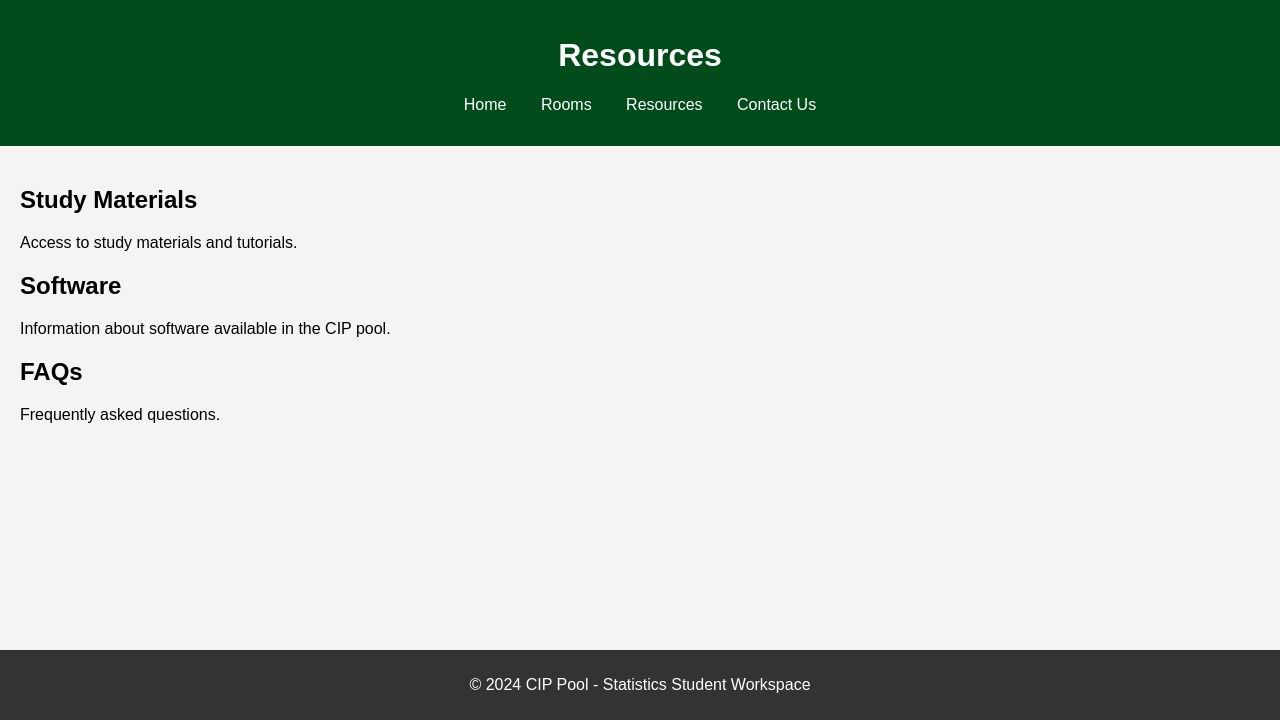
Repository: anjalisarawgi/cip_website
Page: resources.html
These files come from the project's save history. The page is drawn as it stood at one moment and after the next save; the edit follows.
The browser window is 1280 px wide. The pictures show the whole page.

Above is the page before, as saved 2024-06-14 11:42:50.

### resources.html
<!DOCTYPE html>
<html lang="en">
<head>
    <meta charset="UTF-8">
    <meta name="viewport" content="width=device-width, initial-scale=1.0">
    <title>Resources - CIP Pool</title>
    <link rel="stylesheet" href="styles.css">
</head>
<body>
    <header>
        <h1>Resources</h1>
        <nav>
            <ul>
                <li><a href="index.html">Home</a></li>
                <li><a href="rooms.html">Rooms</a></li>
                <li><a href="resources.html">Resources</a></li>
                <li><a href="contact.html">Contact Us</a></li>
            </ul>
        </nav>
    </header>
    <main>
        <section>
            <h2>Study Materials</h2>
            <p>Access to study materials and tutorials.</p>
        </section>
        <section>
            <h2>Software</h2>
            <p>Information about software available in the CIP pool.</p>
        </section>
        <section>
            <h2>FAQs</h2>
            <p>Frequently asked questions.</p>
        </section>
    </main>
    <footer>
        <p>&copy; 2024 CIP Pool - Statistics Student Workspace</p>
    </footer>
</body>
</html>

### styles.css
body {
    font-family: Arial, sans-serif;
    margin: 0;
    padding: 0;
    background-color: #f4f4f4;
}

header {
    background-color: #014c1a;
    color: white;
    padding: 1em 0;
    text-align: center;
}

nav ul {
    list-style-type: none;
    padding: 0;
}

nav ul li {
    display: inline;
    margin: 0 15px;
}

nav ul li a {
    color: white;
    text-decoration: none;
}

main {
    padding: 20px;
}

footer {
    background-color: #333;
    color: white;
    text-align: center;
    padding: 10px 0;
    position: fixed;
    bottom: 0;
    width: 100%;
}

section {
    margin-bottom: 20px;
}

form {
    display: flex;
    flex-direction: column;
}

form label {
    margin-top: 10px;
}

form input, form textarea, form button {
    margin-top: 5px;
    padding: 10px;
    width: 100%;
    max-width: 500px;
}

form button {
    background-color: #333;
    color: white;
    border: none;
    cursor: pointer;
}

form button:hover {
    background-color: #555;
}

After the next save:
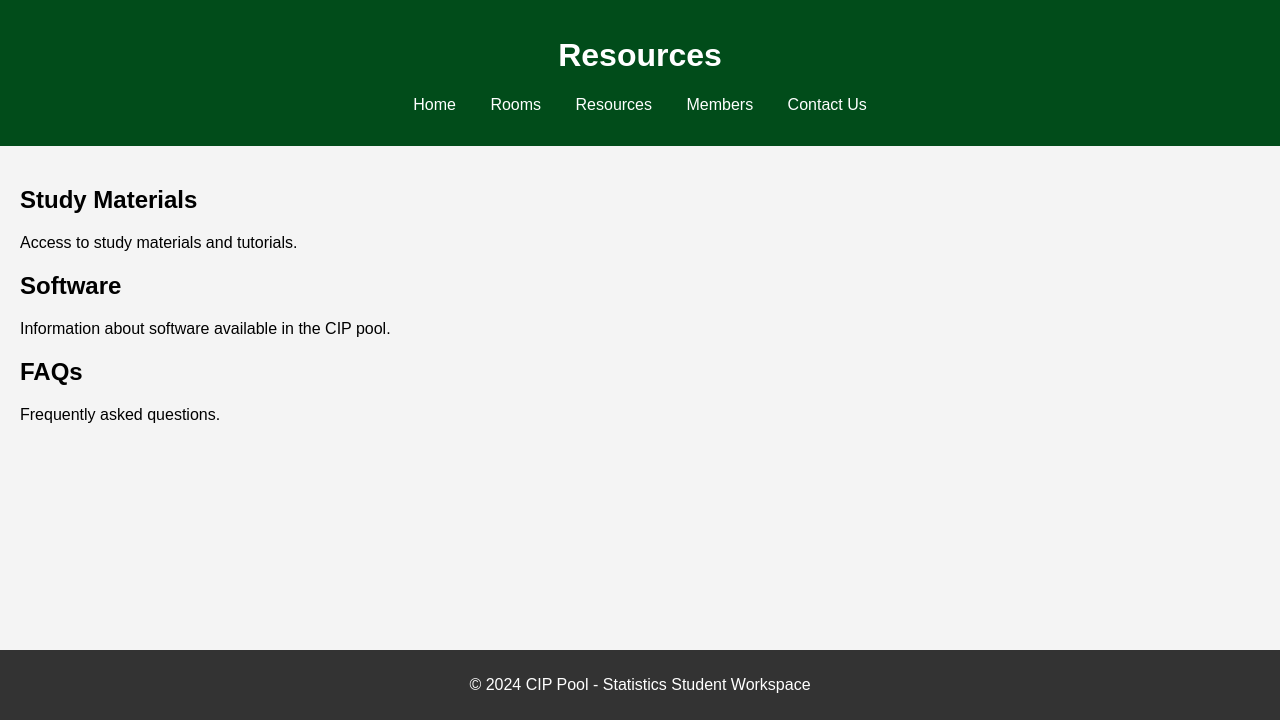
Saved 68 s later.
--- a/resources.html
+++ b/resources.html
@@ -14,6 +14,7 @@
                 <li><a href="index.html">Home</a></li>
                 <li><a href="rooms.html">Rooms</a></li>
                 <li><a href="resources.html">Resources</a></li>
+                <li><a href="members.html">Members</a></li>
                 <li><a href="contact.html">Contact Us</a></li>
             </ul>
         </nav>
